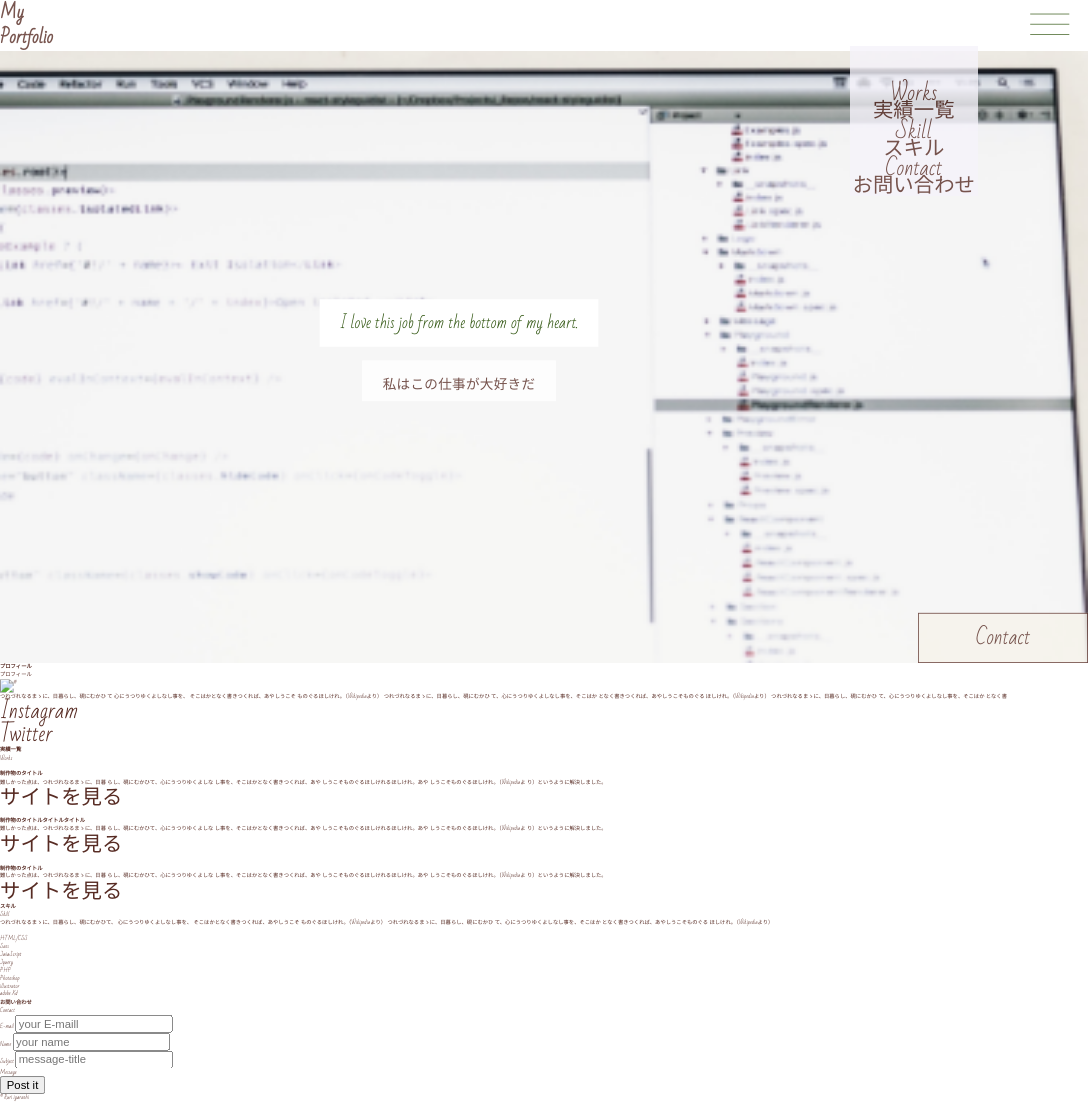
Repository: ppmp556/igarashi.kakuu
Page: index.html
An editor plug-in stored every save of this project. The page is shown before and after the next save, followed by the edit.
The browser window is 1280 px wide. The pictures show the whole page, at 85% of full size.
Some web libraries are served in a nearby version. The style sheet was rebuilt from its Sass, Less or Tailwind sources for each picture, by a compiler version that may differ from the author's.

Above is the page before, as saved 2020-10-22 12:25:39.
Console error: TypeError: Cannot read properties of null (reading 'addEventListener')

### index.html
<!DOCTYPE html>
<html lang="ja">
    <head>
        <meta charset="UTF-8">
        <meta name="viewport" content="width=device-width, initial-scale=1.0, maximum-scale=1.0, minimum-scale=1.0">
        <link rel="stylesheet" href="faundation.css" type="text/css">
        <link rel="stylesheet" href="./css/style.css" type="text/css">
        <link href="https://use.fontawesome.com/releases/v5.6.1/css/all.css" rel="stylesheet">
        <link href="https://fonts.googleapis.com/css?family=Bad+Script" rel="stylesheet">
        <link href="https://fonts.googleapis.com/css?family=Sawarabi+Gothic" rel="stylesheet">
        <link rel="img" href="image">
        <title>架空LP</title>

    </head>
    <body>

        <div class="container">
            <header class="header">
                <h1 class="header_ttl">
                    <a href="index.html" class="header_link">My Portfolio</a><!-- /.header_link -->
                </h1><!-- /.header_ttl -->
                <nav class="nav">
                    <div class="nav_wrapper" id="nav_lists">
                        <!-- ハンバーガーメニュー部分 -->
                        <div class="toggle_btn" id="nav_toggler">
                            <span class="toggle_line __tg1"></span>
                            <span class="toggle_line __tg2"></span>
                            <span class="toggle_line __tg3"></span>
                        </div>
                        <!-- ハンバーガーメニューここまで -->
                    </div>
                    <ul class="nav_list flex">
                        <li class="nav_item">
                            <a href="#" class="nav_link">Profile<span class="nav_sp">プロフィール</a><!-- /.nav_link -->
                        </li><!-- /.nav_item -->
                        <li class="nav_item">
                            <a href="#" class="nav_link">Works<span class="nav_sp">実績一覧</a><!-- /.nav_link -->
                        </li><!-- /.nav_item -->
                        <li class="nav_item">
                            <a href="#" class="nav_link">Skill<span class="nav_sp">スキル</a><!-- /.nav_link -->
                        </li><!-- /.nav_item -->
                        <li class="nav_item">
                            <a href="#" class="nav_link">Contact<span class="nav_sp">お問い合わせ</a><!-- /.nav_link -->
                        </li><!-- /.nav_item -->
                    </ul><!-- /.nav_list -->
                </nav><!-- /.nav -->
            </header><!-- /.header -->
        </div><!-- /.container -->
        <div class="kv">
            <div class="kv_txtbox">
                <p class="kv_txt">I love this job from the bottom of my heart.</p><!-- /.kv_txt -->
                <p class="kv_txt __subtxt">私はこの仕事が大好きだ</p><!-- /.kv_txt -->
            </div><!-- /.kv_txtbox -->
            <div class="contact_box">
                    <a href="#" class="contact_link">Contact</a><!-- /.contact_link -->
            </div><!-- /.contact_box -->
        </div><!-- /.kv -->

        <section class="prof" id="prof">
            <div class="section_ttlbox">
                <h2 class="prof_ttl">プロフィール</h2><!-- /.prof_ttl -->
                <span class="prof_sub">プロフィール</span>
            </div><!-- /.section_ttlbox -->
            <div class="prof_imgbox">
                <img src="" alt="#">
            </div><!-- /.prof_imgbox -->
            <p class="prof_txt">
                つれづれなるまゝに、日暮らし、硯にむかひ
                て
                心にうつりゆくよしなし事を、
                そこはかとなく書きつくれば、あやしうこそ
                ものぐるほしけれ。（Wikipediaより）
                つれづれなるまゝに、日暮らし、硯にむかひ
                て、心にうつりゆくよしなし事を、そこはか
                となく書きつくれば、あやしうこそものぐる
                ほしけれ。（Wikipediaより）
                つれづれなるまゝに、日暮らし、硯にむかひ
                て、心にうつりゆくよしなし事を、そこはか
                となく書
            </p><!-- /.prof_txt -->
            <div class="section_btnbox">
                <div class="site_btn">
                    <a href="#" class="site_link">Instagram</a>
                </div><!-- /.site_btn -->
                <div class="site_btn">
                    <a href="#" class="site_link">Twitter</a>
                </div><!-- /.site_btn -->
            </div><!-- /.section_btnbox -->
        </section><!-- /#prof.prof -->


        <section class="work" id="work">
            <div class="section_ttlbox">
                <h2 class="work_ttl">実績一覧</h2><!-- /.work_ttl -->
                <span class="work_sub">Works</span>
            </div><!-- /.section_ttlbox -->

            <div class="work_imgbox">
                <ul class="work_list">
                    <li class="work_item">
                        <img src="" alt="" class="work_img">
                        <h3 class="work_ttl">制作物のタイトル</h3><!-- /.work_txt -->
                        <p class="work_txt">
                            難しかった点は、つれづれなるまゝに、日暮
                            らし、硯にむかひて、心にうつりゆくよしな
                            し事を、そこはかとなく書きつくれば、あや
                            しうこそものぐるほしけれるほしけれ。あや
                            しうこそものぐるほしけれ。（Wikipediaよ
                            り）というように解決しました。
                        </p><!-- /.work_txt -->
                        <div class="site_btn">
                            <a href="#" class="site_link">サイトを見る</a>
                        </div><!-- /.site_btn -->
                    </li><!-- /.work_item -->
                    <li class="work_item">
                        <img src="" alt="" class="work_img">
                        <h3 class="work_ttl">制作物のタイトルタイトルタイトル</h3><!-- /.work_txt -->
                        <p class="work_txt">
                            難しかった点は、つれづれなるまゝに、日暮
                            らし、硯にむかひて、心にうつりゆくよしな
                            し事を、そこはかとなく書きつくれば、あや
                            しうこそものぐるほしけれるほしけれ。あや
                            しうこそものぐるほしけれ。（Wikipediaよ
                            り）というように解決しました。
                        </p><!-- /.work_txt -->
                        <div class="site_btn">
                            <a href="#" class="site_link">サイトを見る</a>
                        </div><!-- /.site_btn -->
                    </li><!-- /.work_item -->
                    <li class="work_item">
                        <img src="" alt="" class="work_img">
                        <h3 class="work_ttl">制作物のタイトル</h3><!-- /.work_txt -->
                        <p class="work_txt">
                            難しかった点は、つれづれなるまゝに、日暮
                            らし、硯にむかひて、心にうつりゆくよしな
                            し事を、そこはかとなく書きつくれば、あや
                            しうこそものぐるほしけれるほしけれ。あや
                            しうこそものぐるほしけれ。（Wikipediaよ
                            り）というように解決しました。
                        </p><!-- /.work_txt -->
                        <div class="site_btn">
                            <a href="#" class="site_link">サイトを見る</a>
                        </div><!-- /.site_btn -->
                    </li><!-- /.work_item -->
                </ul><!-- /.work_list -->
            </div><!-- /.work_imgbox -->
        </section><!-- /#work.work -->

        <section class="skii" id="skill">
            <div class="section_ttlbox">
                <h2 class="skill_ttl">スキル</h2><!-- /.skill_ttl -->
                <span class="skill_sub">Skill</span>
            </div><!-- /.section_ttlbox -->
            <div class="skill_txtbox">
                <p class="skill_txt">
                    つれづれなるまゝに、日暮らし、硯にむかひて、
                    心にうつりゆくよしなし事を、
                    そこはかとなく書きつくれば、あやしうこそ
                    ものぐるほしけれ。（Wikipediaより）
                    つれづれなるまゝに、日暮らし、硯にむかひ
                    て、心にうつりゆくよしなし事を、そこはか
                    となく書きつくれば、あやしうこそものぐる
                    ほしけれ。（Wikipediaより）
                </p><!-- /.skill_txt -->
            </div><!-- /.skill_txtbox -->
            <div class="skill_listbox">
                <div class="skill_imgbox">
                    <img src="" alt="" class="skill_img">
                </div><!-- /.skill_imgbox -->
                <ul class="skill_list">
                    <li class="skill_item">HTML/CSS</li><!-- /.skill_item -->
                    <li class="skill_item">Sass</li><!-- /.skill_item -->
                    <li class="skill_item">JavaScript</li><!-- /.skill_item -->
                    <li class="skill_item">Jquery</li><!-- /.skill_item -->
                    <li class="skill_item">PHP</li><!-- /.skill_item -->
                    <li class="skill_item">Photoshop</li><!-- /.skill_item -->
                    <li class="skill_item">illustrator</li><!-- /.skill_item -->
                    <li class="skill_item">adobe Xd</li><!-- /.skill_item -->
                </ul><!-- /.skill_list -->
            </div><!-- /.skill_listbox -->
        </section><!-- /#skill.skii -->

        <section class="contact" id="contact">
            <div class="section_ttlbox">
                <h2 class="contact_ttl">お問い合わせ</h2><!-- /.contact_ttl -->
                <span class="contact_sub">Contact</span>
            </div><!-- /.section_ttlbox -->
            <form action="#" class="ly-form">
                <div class="form ord1">
                    <div class="form2">

                        <label for="email" class="formTitle u-formTxt">E-mail</label>
                        <input type="email" class="formBox" name="your-E-mail" placeholder="your E-maill">
                    </div>
                </div>
                <div class="form ord2">
                    <div class="form2">
                            <label for="name" class="formTitle u-formTxt">Name</label>
                            <input type="text" class="formBox" name="your name" placeholder="your name">

                    </div>
                </div>
                <div class="form ord3">
                    <div class="form2">
                        <label for="subject" class="formTitle u-formTxt">Subject</label>
                        <input type="subject" class="formBox" name="message-title" placeholder="message-title">
                    </div>
                </div>
                <div class="form ord4">
                    <div class="form2">
                        <label for="message" class="formTitle u-formTxt">Message</label>
                        <textare name="contents" class="area" name="contents" placeholder="contents" rows="4" cols="40"></textare>
                    </div>
                </div>
                <div class="inputWrap btnhv u-send">
                    <input type="submit" value="Post it" class="sendBtn">
                </div>
            </form>
        </section><!-- /#contact.contact -->

        <footer class="footer">
            <div class="footer_sharbox">
                <ul class="footer_sharalist">
                    <li class="footer_item"></li><!-- /.footer_item -->
                    <li class="footer_item"></li><!-- /.footer_item -->
                    <li class="footer_item"></li><!-- /.footer_item -->
                </ul><!-- /.footer_sharalist -->
            </div><!-- /.footer_sharbox -->
            <small class="footer_txt">&copy; Ruri igarashi</small>
        </footer><!-- /.footer -->


        <script type="text/javascript" src="menu.js"></script>
        <script src="https://code.jquery.com/jquery-3.4.1.js" integrity="sha256-WpOohJOqMqqyKL9FccASB9O0KwACQJpFTUBLTYOVvVU=" crossorigin="anonymous"></script>

    </body>
</html>

### faundation.css

html,
body,
div,
span,
object,
iframe,
h1,
h2,
h3,
h4,
h5,
h6,
p,
blockquote,
pre,
abbr,
address,
cite,
code,
del,
dfn,
em,
img,
ins,
kbd,
q,
samp,
small,
strong,
sub,
sup,
var,
b,
i,
dl,
dt,
dd,
ol,
ul,
li,
fieldset,
form,
label,
legend,
table,
caption,
tbody,
tfoot,
thead,
tr,
th,
td,
article,
aside,
canvas,
details,
figcaption,
figure,
footer,
header,
hgroup,
menu,
nav,
section,
summary,
time,
mark,
audio,
video {
  margin: 0;
  padding: 0;
  border: 0;
  outline: 0;
  font-size: 100%;
  vertical-align: baseline;
  background: transparent;
}

body {
  line-height: 1.5;
}

article,
aside,
details,
figcaption,
figure,
footer,
header,
hgroup,
menu,
nav,
section {
  display: block;
}

ul,
ol {
  list-style: none;
}

table {
  border-collapse: collapse;
  border-spacing: 0;
}

a {
  color: inherit;
  text-decoration: none;
}

img {
  width: 100%;
  max-width: 100%;
  height: auto;
  vertical-align: bottom;
}

### menu.js
const body = document.body;

const toggler = document.getElementById('navToggler');
//#navToggleを取得し、togglerに格納


const navList = document.getElementById('js-nav');
const navList2 = document.getElementById('js-nav2');
//#navListsを取得し、navListに格納


toggler.addEventListener('click', function() {
    //togglerクリックされたら、
    body.classList.toggle('clicked');

});
navList.addEventListener('click', function(){


    body.classList.remove('clicked');
});
navList2.addEventListener('click', function(){


    body.classList.remove('clicked');
});

### scss/style.scss
@charset "UTF-8";

$cColor: #572B23;
$cBgColor: #f6f3eb;
$cGreen: #315611;
$cwhite: #ffffff;
$cGray: #f9f9f9;


html {
    font-size: 62.5%;
    overflow: auto;


}

body {
    color: $cColor;
    background-color: $cwhite;
    font-family: "Bad Script","Sawarabi Gothic";
    font-size: 62.5%;
    margin: 0 auto;
    overflow: hidden;
    width: 100%;
    height: auto;

}

*, *::before, *::after {
    box-sizing: border-box;
}

a:link, a:visited, a:hover, a:active {
    /*テキストデフォルト下線外し*/
    text-decoration: none;
    /* color: #ffffff; */
}




.container {
    overflow: hidden;
}


.flex {
    display: flex;
    justify-content: flex-start;
}

.inner {
    max-width: 336px;
    width: 100%;
}


.site_btn {
    display: flex;
    width: 200px;
    font-size: 2.4rem;
    color: #572B23;
    line-height: 27px;
}

.site_link {
    width: 100%;
    height: 100%;
    display: block;
    margin: auto;
}

/****************

header

*************/

.header {
    display: flex;
    z-index: 5;
    width: 100%;
    height: 100%;
    background-color: $cwhite;
    opacity: .8;

    &_ttl {
        font-size: 2.0rem;
    font-family: "Bad Script";
    opacity: 1;
    color: $cColor;
    }
}

// nav

.nav {
    width: 100%;
    line-height: 20px;
    display: flex;
    justify-content: center;
    align-items: center;


    /* ハンバーガーメニュー */
    &_list {
        position: absolute;
        display: block;
        top: 54px;
        /* left: 377px; */
        left: 1000px;
        overflow: hidden;
        width: 15rem;
        max-height: auto;
        cursor: pointer;

        overflow-y: auto;/*縦方向の表示*/

        display: flex;
        flex-direction: column;
        transition: opacity .8s ease, visibility .6s ease;
        color: #572B23;

        background-color: #F6F3FB;
        visibility: .6s ease;
        opacity: 1;

        &.clicked {
            left: 114px;
            visibility: visible;
            opacity: 0.9;
            width: 262px;
            top: 0;
            /* height: 667px; */
            height: 100vh;
            background-color: #f6f3f8;
            position: absolute;
            display: flex;
            align-items: center;
            justify-content: center;

        }
    }

    &_item {
        padding: 2px 0;
        font-size: 2rem;
        color: #572B23;
        position: relative;

        transition: transform 6s ease, opacity .2s ease;

        &:nth-child(1) {
        transform: translateX(200px);

        transition: transform .6s ease, opacity .2s ease;

        }

        &:nth-child(2) {
        transition-delay: .15s;

        }
        &:nth-child(3) {
        transition-delay: .3s;

        }

        &:nth-child(4) {
        transition-delay: .45s;

        }

        &:nth-child(5) {
        transition-delay: .6s;

        }

        &::after {
        position: absolute;
        bottom: -4px;
        left: 0;
        content: '';
        width: 100%;
        height: 2px;
        background: #572B23;
        transform: scale(0, 1);
        transform-origin: left top;
        transition: transform .3s;
        }

        &:hover::after {
        transform: scale(1, 1);
        }

    }







    &_link {
        width: 100%;
        display: block;
        color: #572B23;
    font-size: 2.4rem;
    display: flex;
    align-items: center;
    flex-direction: column;
    justify-content: center;
    }


}




.clicked .navList .navItem {
    transform: translateX(0px);
}







.toggle_btn {

    z-index: 2000;
    position: absolute;
    top: 0;
    width: 45.25px;
    /* height: 24px; */
    height: 55px;
    right: 16.19px;
    cursor: pointer;
    transition: all .30s ease-in-out;/*0.3秒かけて変化*/
}

.toggle_line {
    display: block;
    position: absolute;
    z-index: 2100;
    right: 6.3px;
    top: 14px;
    width: 100%;
    height: 1px;
    background-color: #315611;
    transition: all 0.3s;
}


.__tg1 {
    top: 16.19px;

    &.clicked {
        transform: translateY(12px) rotate(-315deg);
    }
}
.__tg2 {
    top: 28.19px;
    &.clicked {
        opacity: 0;
    }
}
.__tg3 {
    top: 40.19px;
    &.clicked {
        transform: translateY(-11px) rotate(315deg);
    }
}


/****************

kv

*************/

.kv {
    background: url(/images/top-image/top-image.png) center / cover;
    height: 100vh;
    width: 100%;
    display: flex;

    &_txtbox {
        margin: auto;
    }

    &_txt {
        margin: auto;
        text-align: center;
        font-size: 1.8rem;
        color: $cGreen;
        padding: 10px 24px;
        background-color: $cwhite;
        opacity: 1;
        margin-bottom: 16px;
        line-height: 2;
    }

}


.__subtxt {
    font-size: 1.6rem;
    padding: 13px 24px;
    color: $cColor;
    opacity: 0.8;
    letter-spacing: 0.32px;
    width: 228px;
    height: 48px;
}


.contact_box {

    display: flex;
    justify-content: center;

    width: 20rem;
    line-height: 45px;
    margin-top: auto;

    opacity: 0.8;
    border: 1px solid $cColor;
    text-align: center;
    background-color: $cBgColor;
    font-size: 2.3rem;
    font-family: "bad script";
    color: $cColor;

}


.contact_link {
    padding: 6px 66px;
    display: block;
    width: 100%;
    height: 100%;
    text-align: center;

}

After the next save:
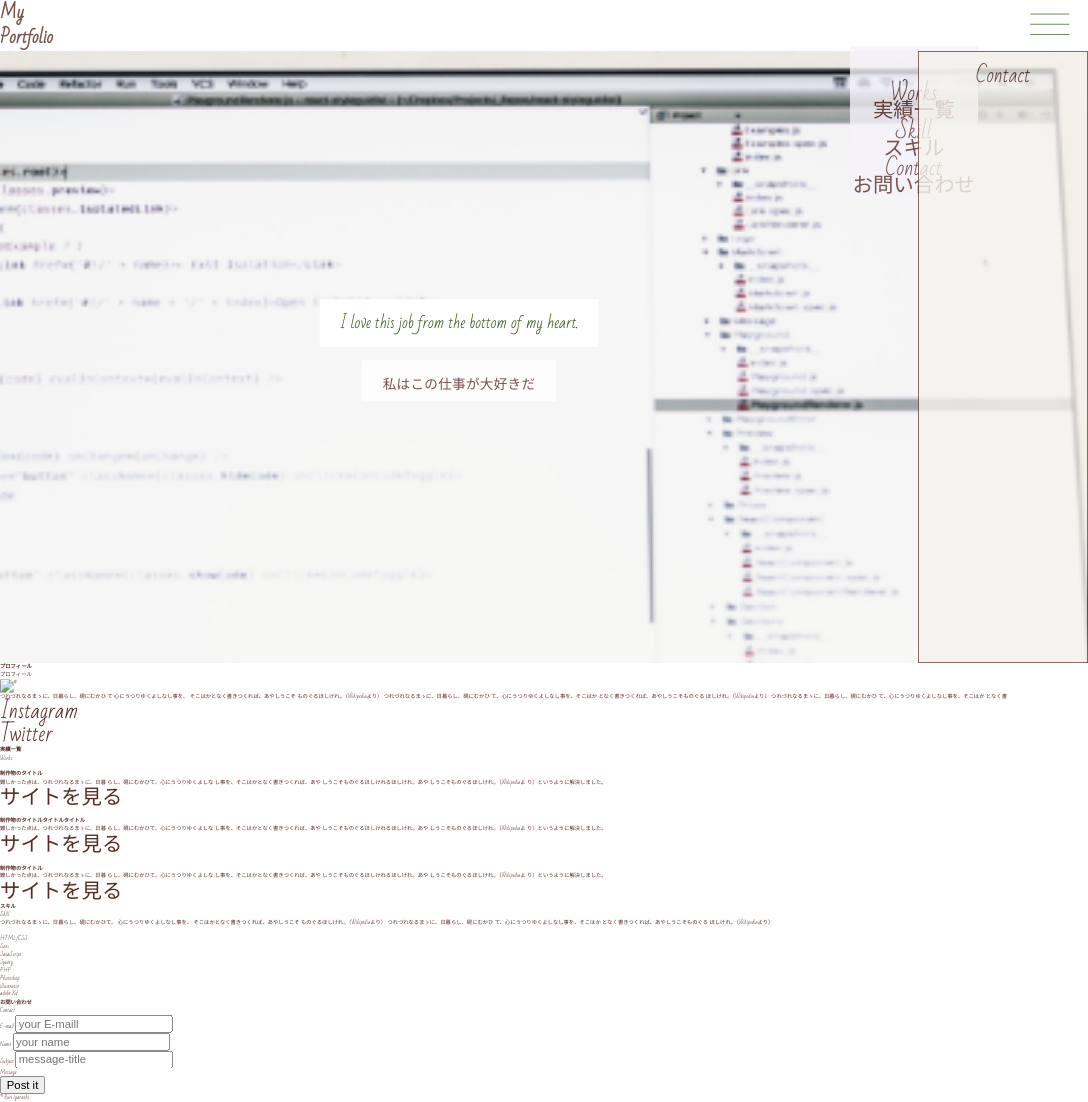
Saved 3 min 44 s later.
--- a/scss/style.scss
+++ b/scss/style.scss
@@ -324,7 +324,7 @@ kv
 
     width: 20rem;
     line-height: 45px;
-    margin-top: auto;
+    // margin-top: auto;
 
     opacity: 0.8;
     border: 1px solid $cColor;
